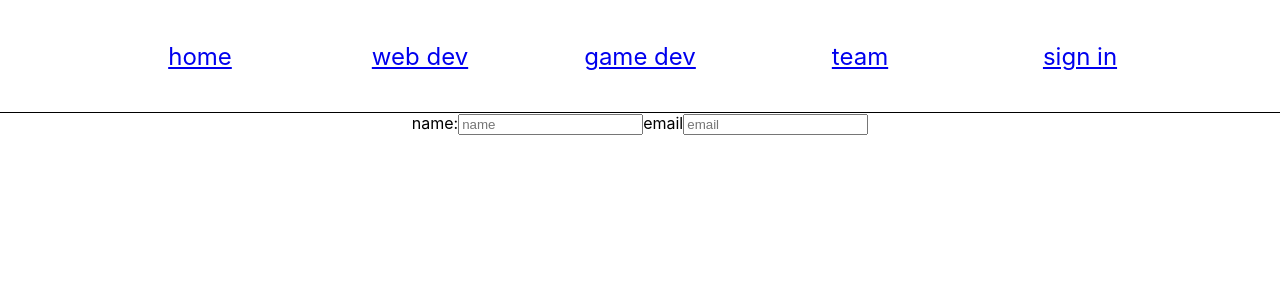
Repository: romAtam/5778
Page: /signin
These files come from the project's save history. The page is drawn as it stood at one moment and after the next save; the edit follows.
The browser window is 1280 px wide. The pictures show the whole page.
The project was rebuilt for these pictures with package versions that can differ from the ones it lists, and the page was loaded fresh each time. Also part of the build but not shown: src/Pages/Home.js, src/Pages/Game.js, src/Pages/Web.js, src/Pages/Team.js, src/Pages/User.js.

Above is the page before, as saved 2021-12-11 21:48:04.

After the next save:
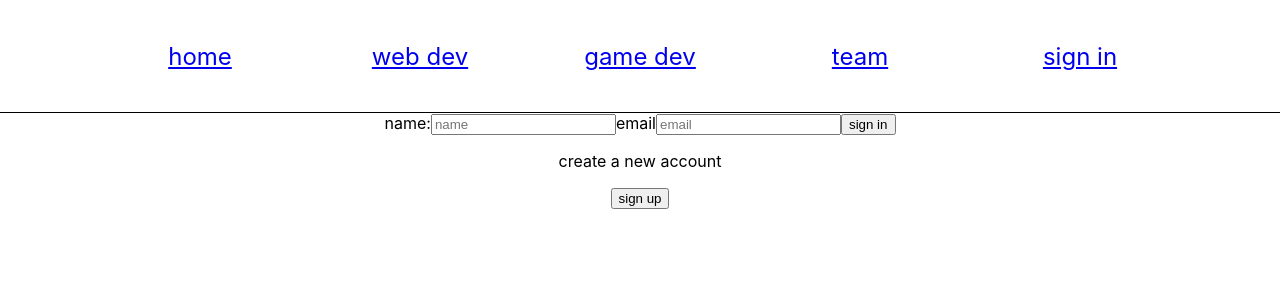
Saved 3 min 35 s later.
--- a/src/Pages/Signin.js
+++ b/src/Pages/Signin.js
@@ -1,5 +1,5 @@
 import React from 'react'
-
+import {Navigate} from "react-router-dom"
 const Signin = () => {
     return (
         <div>
@@ -8,8 +8,11 @@ const Signin = () => {
                  <input type="text" placeholder="name"/>
                  <label htmlFor="email">email</label>
  <input type="email" placeholder="email"/>
+ <button type="submit">sign in</button>
+
             </form>
-
+ <p>create a new account</p>
+ <button onClick={<Navigate/>}>sign up</button>
         </div>
     )
 }
